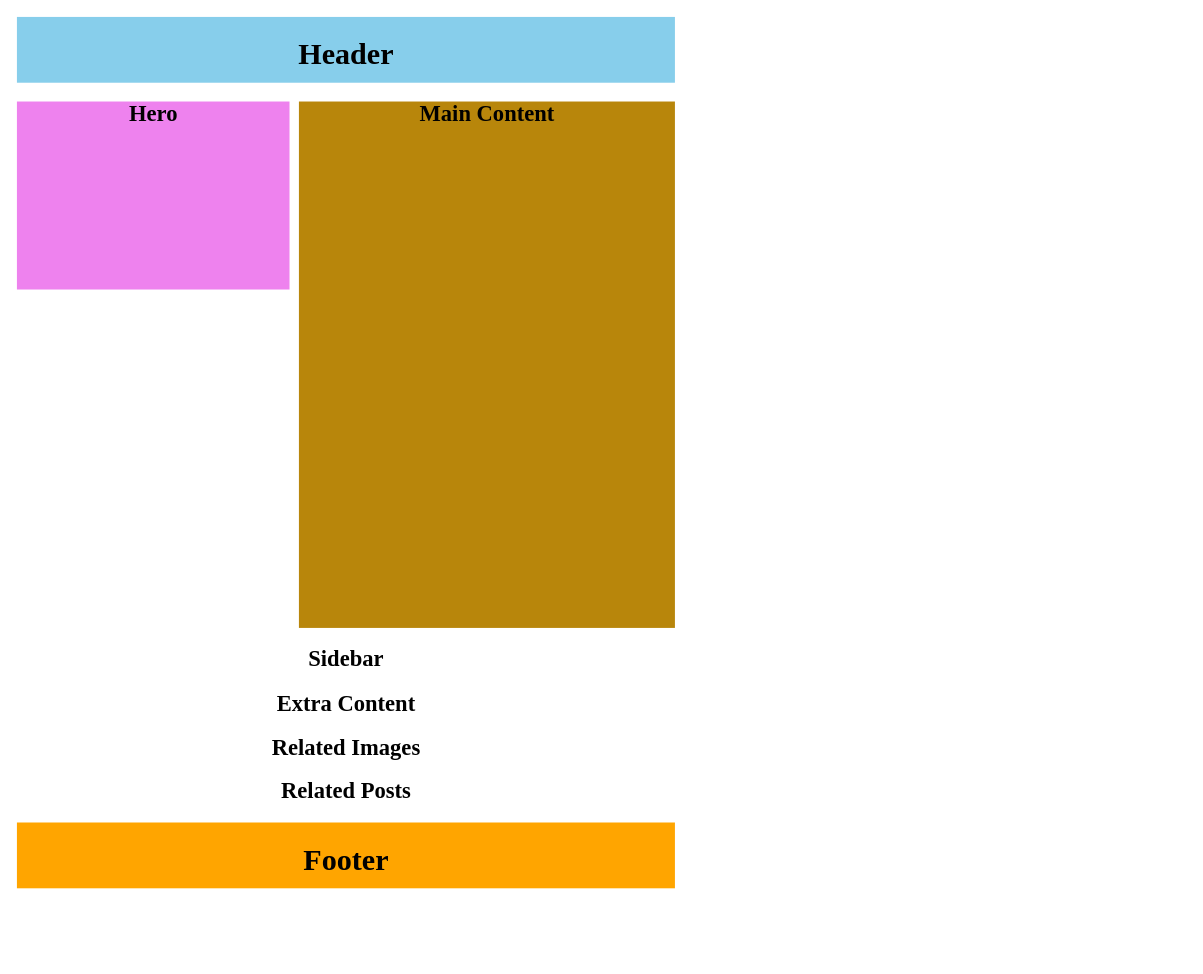
Repository: harshitanthal1/assignments_avisoft
Page: 01-02-2024/assignment_2/index.html
The author's editor kept a copy of each file at every save. The page is drawn from the files as they stood at one save, then again after the next save.
The browser window is 1280 px wide. The pictures show the whole page, at 94% of full size.

Above is the page before, as saved 2024-02-01 18:07:24.

After the next save:
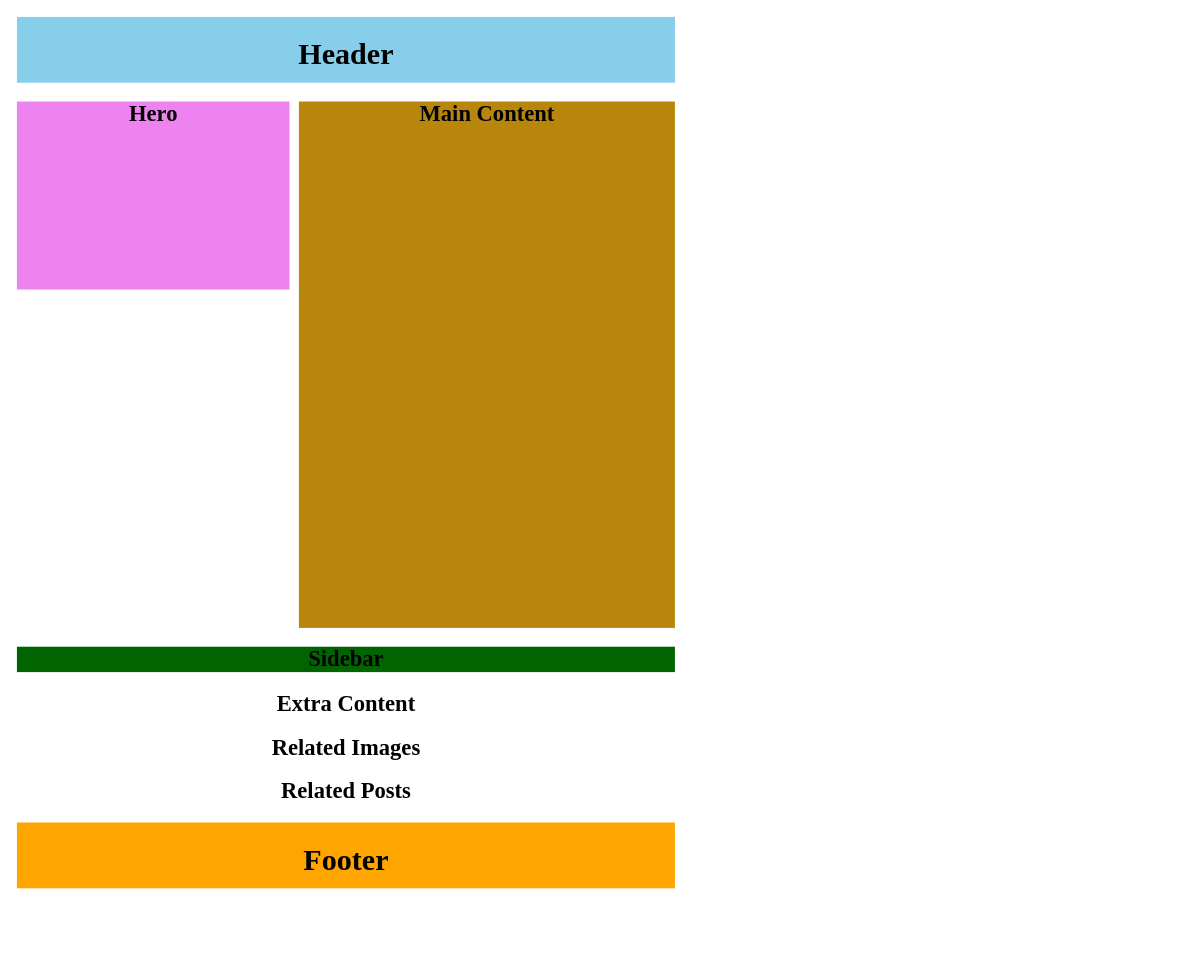
Saved 61 s later.
--- a/01-02-2024/assignment_2/styles/styles.css
+++ b/01-02-2024/assignment_2/styles/styles.css
@@ -30,6 +30,10 @@
     margin-top: -220px;
 }
 
+#sec3 {
+    background-color: darkgreen;
+}
+
 #footer {
     background-color: orange;
     width: 700px;
